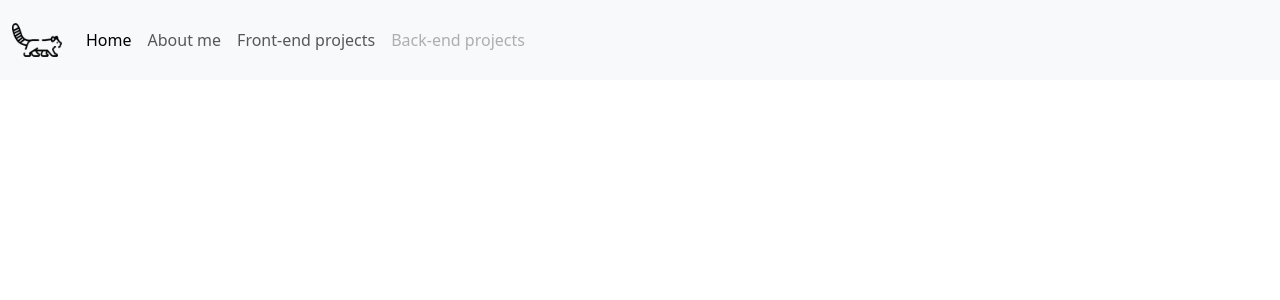
Repository: lasity34/portfolio
Page: index.html
These files come from the project's save history. The page is drawn as it stood at one moment and after the next save; the edit follows.
The browser window is 1280 px wide. The pictures show the whole page.

Above is the page before, as saved 2023-03-13 14:30:44.

### index.html
<!DOCTYPE html>
<html lang="en">
  <head>
    <link rel="stylesheet" type="text/css" href="styles.css" />
    <meta charset="UTF-8" />
    <meta http-equiv="X-UA-Compatible" content="IE=edge" />
    <meta name="viewport" content="width=device-width, initial-scale=1.0" />
    <title>Bjorn Portfolio</title>
    <link href="https://cdn.jsdelivr.net/npm/bootstrap@5.3.0-alpha1/dist/css/bootstrap.min.css" rel="stylesheet" integrity="sha384-GLhlTQ8iRABdZLl6O3oVMWSktQOp6b7In1Zl3/Jr59b6EGGoI1aFkw7cmDA6j6gD" crossorigin="anonymous">
    <script src="https://cdn.jsdelivr.net/npm/bootstrap@5.3.0-alpha1/dist/js/bootstrap.bundle.min.js" integrity="sha384-w76AqPfDkMBDXo30jS1Sgez6pr3x5MlQ1ZAGC+nuZB+EYdgRZgiwxhTBTkF7CXvN" crossorigin="anonymous"></script>

  </head>
  <body>

      <nav class="navbar navbar-expand-lg bg-body-tertiary" >
        <div class="container-fluid" id="color">
          <a class="navbar-brand" href="#"><img width="50" height="54" src="./Images/red-panda.png" /></a>
          <button class="navbar-toggler" type="button" data-bs-toggle="collapse" data-bs-target="#navbarNavAltMarkup" aria-controls="navbarNavAltMarkup" aria-expanded="false" aria-label="Toggle navigation">
            <span class="navbar-toggler-icon"></span>
          </button>
          <div class="collapse navbar-collapse" id="navbarNavAltMarkup">
            <div class="navbar-nav">
              <a class="nav-link active" aria-current="page" href="#">Home</a>
              <a class="nav-link" href="#">About me</a>
              <a class="nav-link" href="#">Front-end projects</a>
              <a class="nav-link disabled">Back-end projects</a>
            </div>
          </div>
        </div>
      </nav>
  </body>
</html>

### styles.css
/* global */

body, html {
  margin: 0;
}

/* nav  */

#color {
    color: yellow;
}

#nav {
    margin: 0;
}




#menu {
  padding: 1em;
}

After the next save:
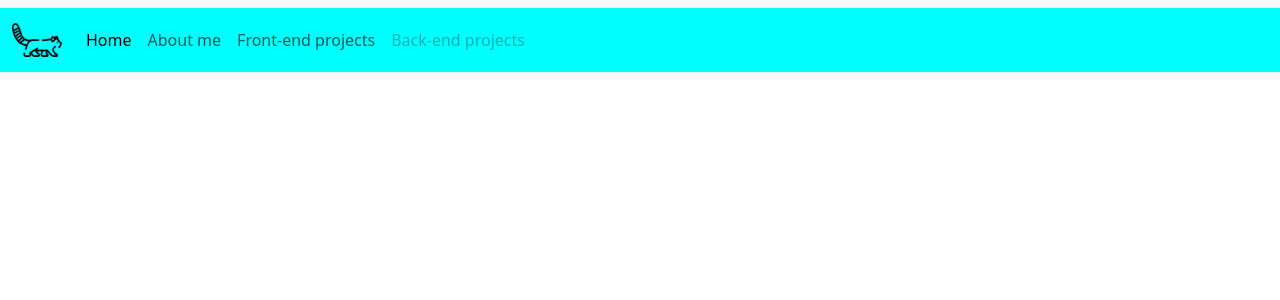
Saved 15 s later.
--- a/styles.css
+++ b/styles.css
@@ -7,7 +7,7 @@
 /* nav  */
 
 #color {
-    color: yellow;
+    background-color: aqua;
 }
 
 #nav {
